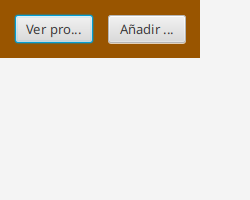
Repository: anxoportela/PROG
Program's window: java Java_Interfaz/ProyectoJavaFX/src/com/acarballeira/javaFX/ejemplo8/App.java
The author's editor kept a copy of each file at every save. The program's window is drawn from the files as they stood at one save, then again after the next save.
It runs on Java 21 on a 1366 x 768 screen with JavaFX 11; the title bar is not drawn.

Above is the program's window before, as saved 2020-03-05 19:27:05.

### Java_Interfaz/ProyectoJavaFX/src/com/acarballeira/javaFX/ejemplo8/App.java
package com.acarballeira.javaFX.ejemplo8;

import javafx.application.Application;
import javafx.geometry.Insets;
import javafx.geometry.Pos;
import javafx.scene.Scene;
import javafx.scene.control.Button;
import javafx.scene.control.Label;
import javafx.scene.layout.BorderPane;
import javafx.scene.layout.HBox;
import javafx.scene.layout.Pane;
import javafx.scene.layout.VBox;
import javafx.scene.paint.Color;
import javafx.stage.Stage;

public class App extends Application {
	@Override
	 public void start(Stage primaryStage) {

	 primaryStage.setTitle("Ola Mundo!!!");

	 BorderPane bp = new BorderPane();
	 HBox hbox =  (HBox) crearHbox();
	 //VBox vbox = crearVbox();

	 bp.setTop(hbox);

	 Scene primaryScene = new Scene(bp,200,200,Color.AQUA);
	 primaryStage.setScene(primaryScene);
	 primaryStage.show();

	 }

	private Pane crearHbox() {
		HBox hbox = new HBox();
		Button btn1 = new Button("Ver proyectos");
		Button btn2 = new Button("Añadir proyecto");
		hbox.setPadding(new Insets(15, 15, 15, 15));
		hbox.setSpacing(15);
		hbox.setStyle("-fx-background-color: #995500");
		btn1.setPrefSize(100, 25);
		btn2.setPrefSize(100, 25);
		hbox.getChildren().addAll(btn1,btn2);
		return hbox;
	}

	private Pane crearVbox() {
		VBox vbox = new VBox();
		return vbox;
	}

	public static void main(String[] args) {
		Application.launch();
	}
}

After the next save:
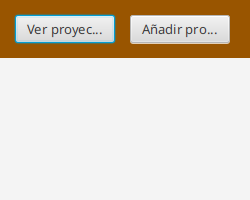
Saved 12 s later.
--- a/Java_Interfaz/ProyectoJavaFX/src/com/acarballeira/javaFX/ejemplo8/App.java
+++ b/Java_Interfaz/ProyectoJavaFX/src/com/acarballeira/javaFX/ejemplo8/App.java
@@ -25,7 +25,7 @@
 
 	 bp.setTop(hbox);
 
-	 Scene primaryScene = new Scene(bp,200,200,Color.AQUA);
+	 Scene primaryScene = new Scene(bp,250,200,Color.AQUA);
 	 primaryStage.setScene(primaryScene);
 	 primaryStage.show();
 
